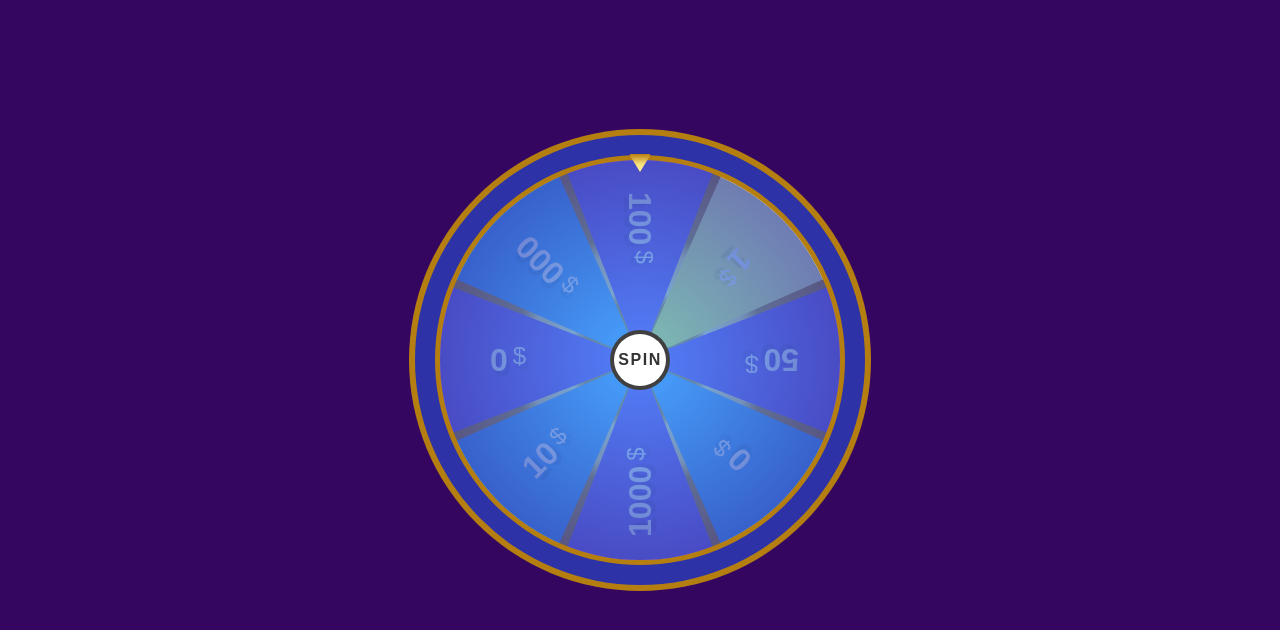
Repository: Jacques-Jaki-Morkel/FundedMarketplace_WheelofFortune
Page: index.html
An editor plug-in stored every save of this project. The page is shown before and after the next save, followed by the edit.
The browser window is 1280 px wide. The pictures show the whole page.

Above is the page before, as saved 2025-08-14 13:22:58.

After the next save:
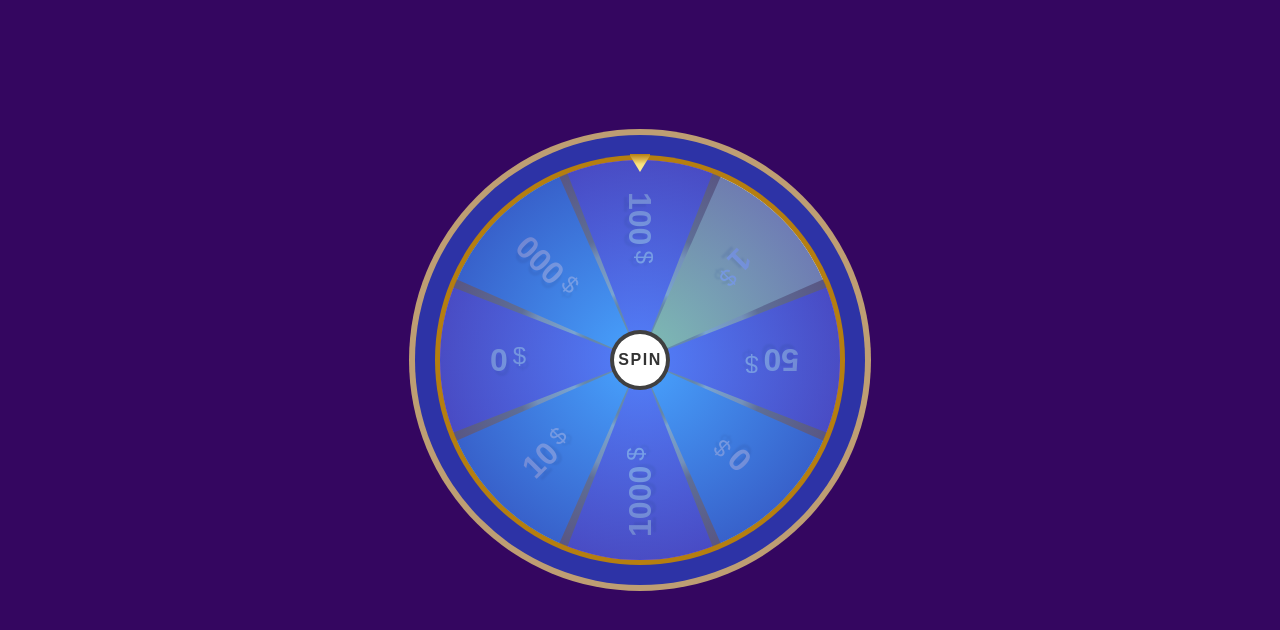
Saved 19 s later.
--- a/styles.css
+++ b/styles.css
@@ -63,7 +63,7 @@ body {
     overflow: hidden;
     box-shadow: 0 0 0 5px #b57e10,
         0 0 0 25px rgba(45, 51, 166, 1),
-        0 0 0 31px #b57e10;
+        0 0 0 31px rgba(249, 223, 123, 0.7);
 
 }
 /* Gradient overlay rings */
